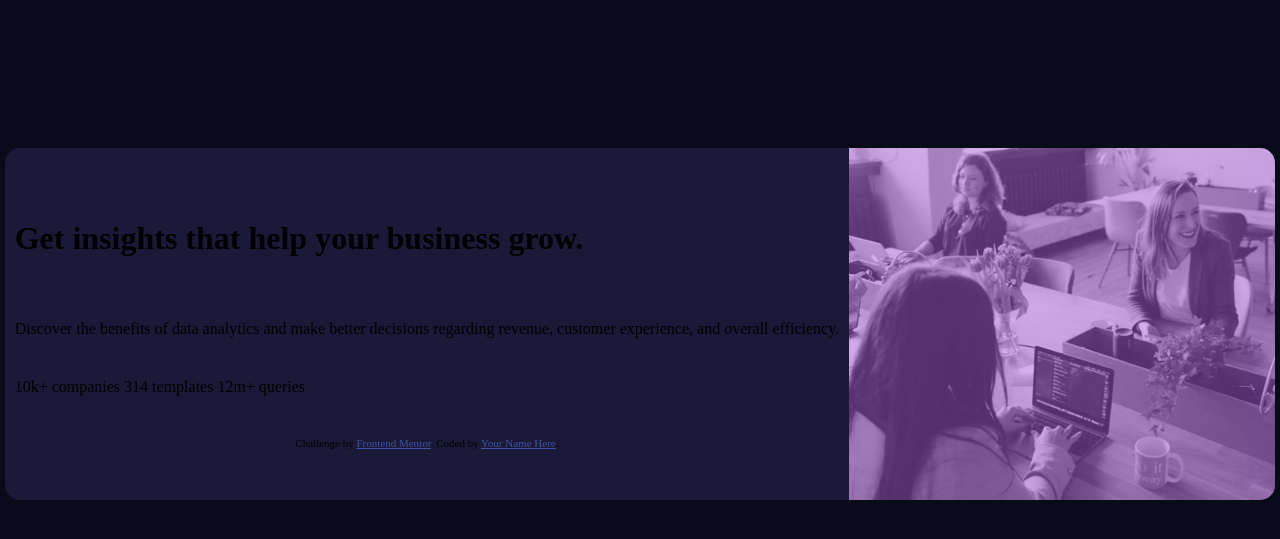
Repository: wasanmsn/Card_Challange
Page: index.html
The author's editor kept a copy of each file at every save. The page is drawn from the files as they stood at one save, then again after the next save.
The browser window is 1280 px wide. The pictures show the whole page.

Above is the page before, as saved 2021-07-21 16:10:16.

After the next save:
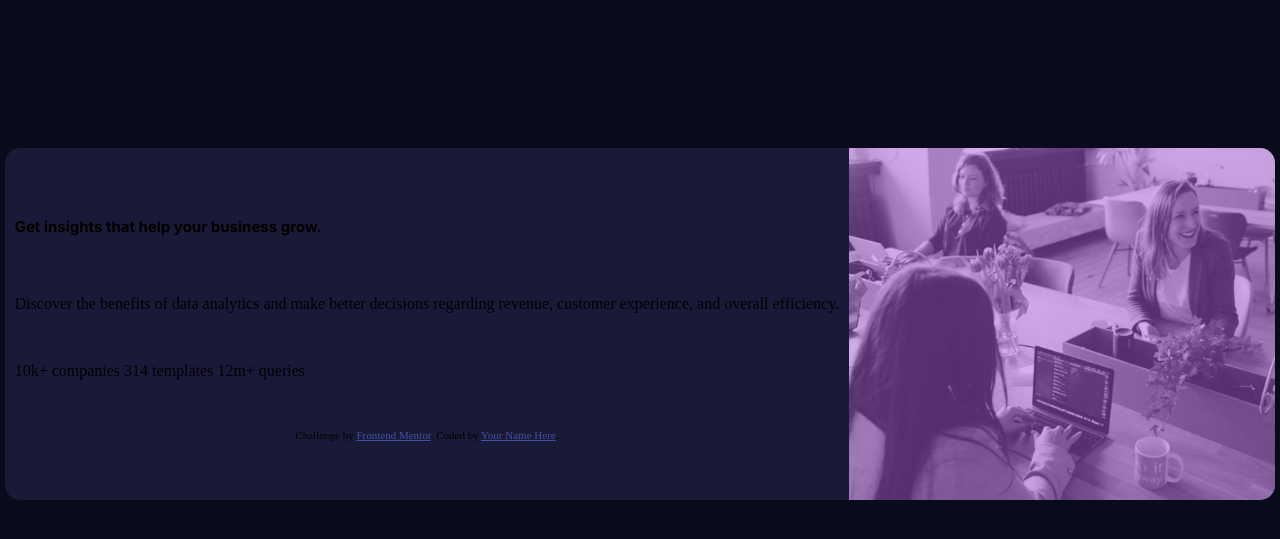
Saved 46 s later.
--- a/stylesheet.css
+++ b/stylesheet.css
@@ -49,6 +49,11 @@
     height: 100%;
     border-radius: 0 15px 15px 0;
 }
+#header{
+    font-size: 15px;
+    font-family: 'Inter', sans-serif;
+
+}
 .attribution {
     justify-self: flex-end;
     font-size: 11px;
